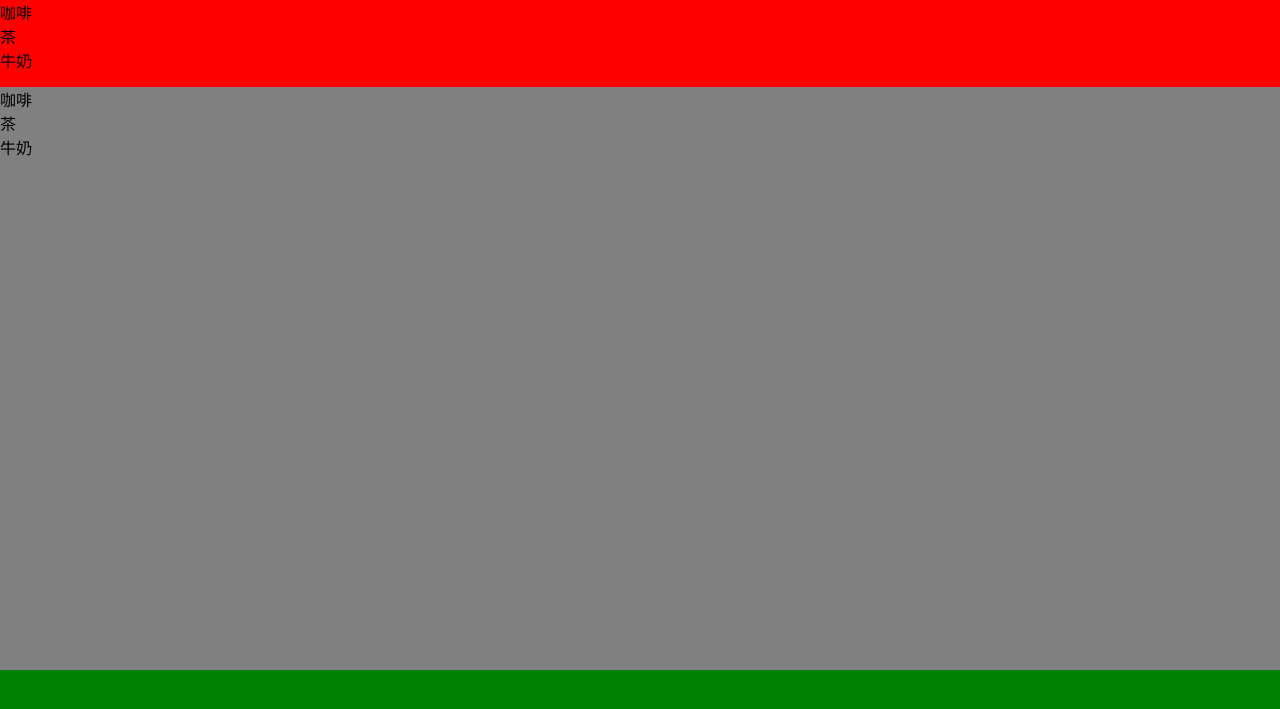
Repository: wangxinjun08231116/Html5Views
Page: WangXinJun/WebContent/htmls/ChangYongMark/Menu.html
The author's editor kept a copy of each file at every save. The page is drawn from the files as they stood at one save, then again after the next save.
The browser window is 1280 px wide. The pictures show the whole page.

Above is the page before, as saved 2015-02-04 06:49:32.

After the next save:
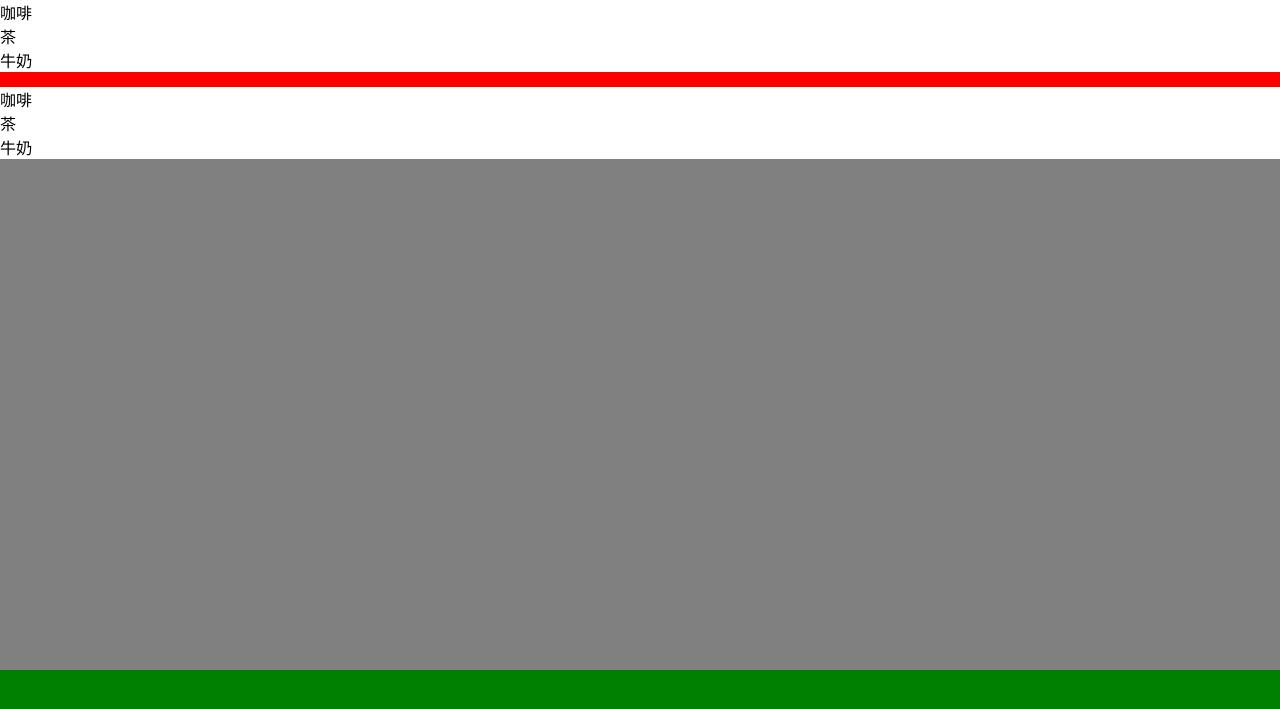
Saved 4 min 23 s later.
--- a/WangXinJun/WebContent/htmls/ChangYongMark/Menu.html
+++ b/WangXinJun/WebContent/htmls/ChangYongMark/Menu.html
@@ -8,7 +8,7 @@
 </head>
 <body>
 
-<ul>
+<ul list-style-type:none;>
   <li>咖啡</li>
   <li>茶</li>
   <li>牛奶</li>
--- a/WangXinJun/WebContent/css/ChangYongMark/menu.css
+++ b/WangXinJun/WebContent/css/ChangYongMark/menu.css
@@ -24,3 +24,8 @@ body {height:90%;width:100%;
   	  /*   overflow-x: hidden;  */
 /*  	    border: 1px solid rgba(0, 0, 0, 0.1);
  */}
+
+ ul{
+  list-style-type:none;
+  background-color:white;
+   }
